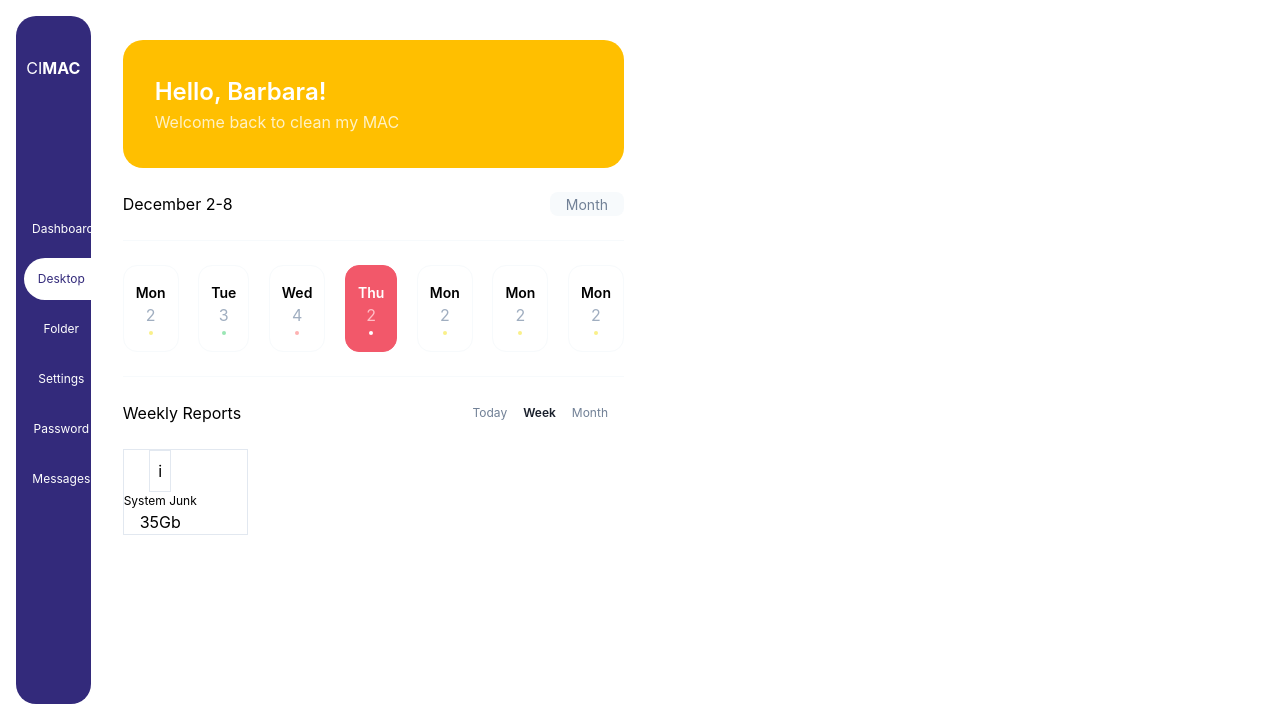
Repository: charleyvibez/experiment-Utility-software-UI
Page: index.html
The author's editor kept a copy of each file at every save. The page is drawn from the files as they stood at one save, then again after the next save.
The browser window is 1280 px wide. The pictures show the whole page.

Above is the page before, as saved 2020-03-18 00:44:09.

After the next save:
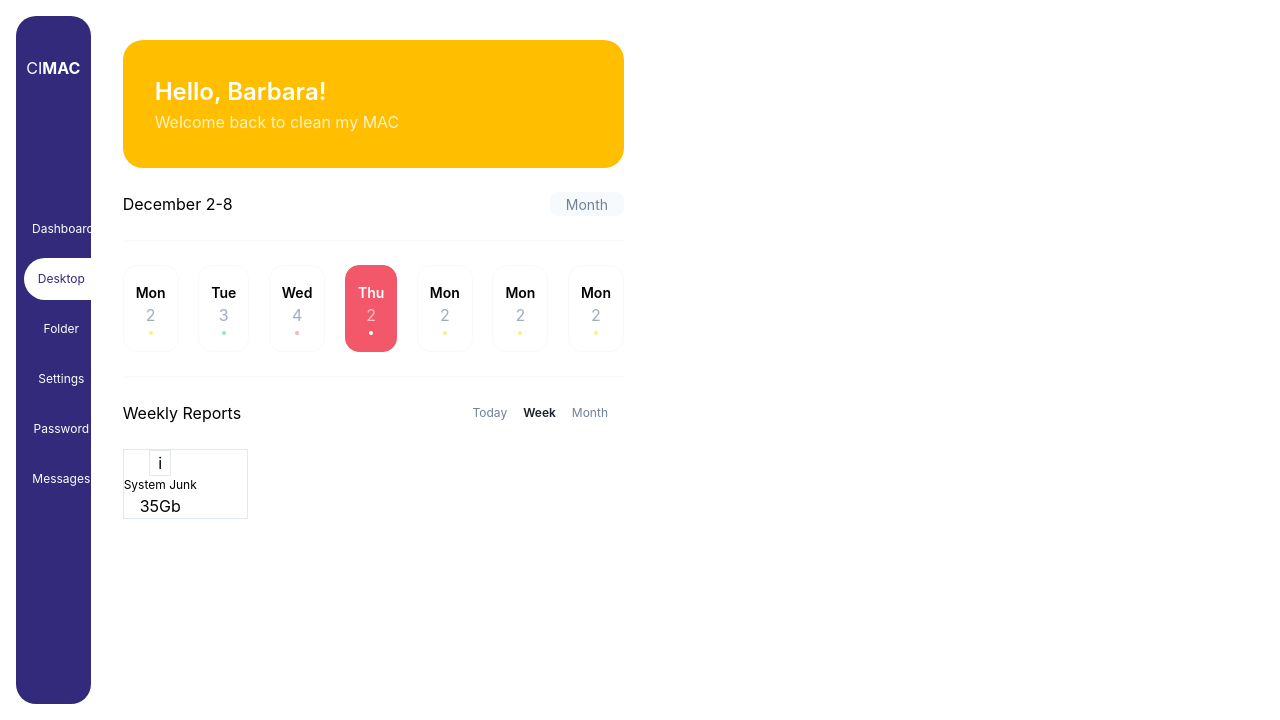
Saved 7 s later.
--- a/index.html
+++ b/index.html
@@ -98,7 +98,7 @@
         <div class="junks">
           <div class="system-junk w-1/4 pr-4 border flex items-center">
            <div class="bg-white rounded-lg flex flex-col items-center">
-             <span class="junk-icon p-2 border">
+             <span class="junk-icon px-2 border">
               i
             </span>
             <h6 class="text-xs">System Junk</h6>

After the 3 saves that followed:
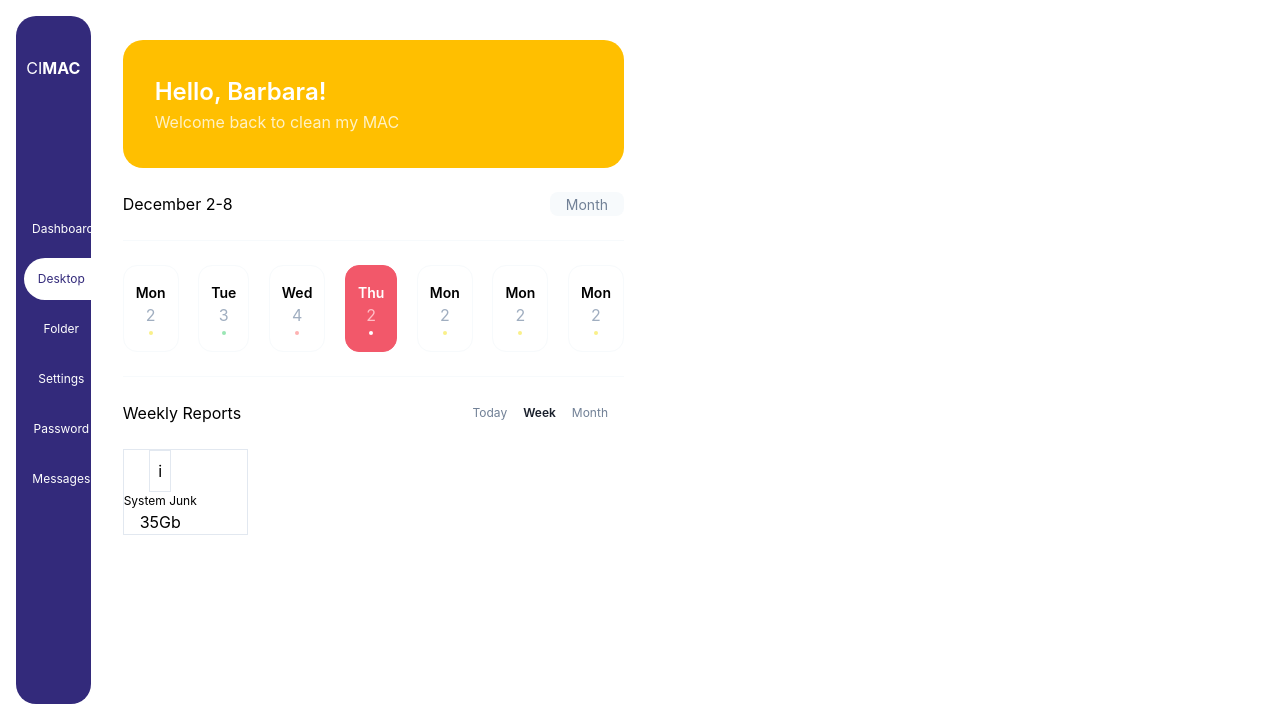
The 3 saves are shown as one change because 1 left the picture as it was and some came seconds apart.
The last was saved 9 s later.
--- a/index.html
+++ b/index.html
@@ -98,7 +98,7 @@
         <div class="junks">
           <div class="system-junk w-1/4 pr-4 border flex items-center">
            <div class="bg-white rounded-lg flex flex-col items-center">
-             <span class="junk-icon px-2 border">
+             <span class="junk-icon px-2 py-2 border">
               i
             </span>
             <h6 class="text-xs">System Junk</h6>
